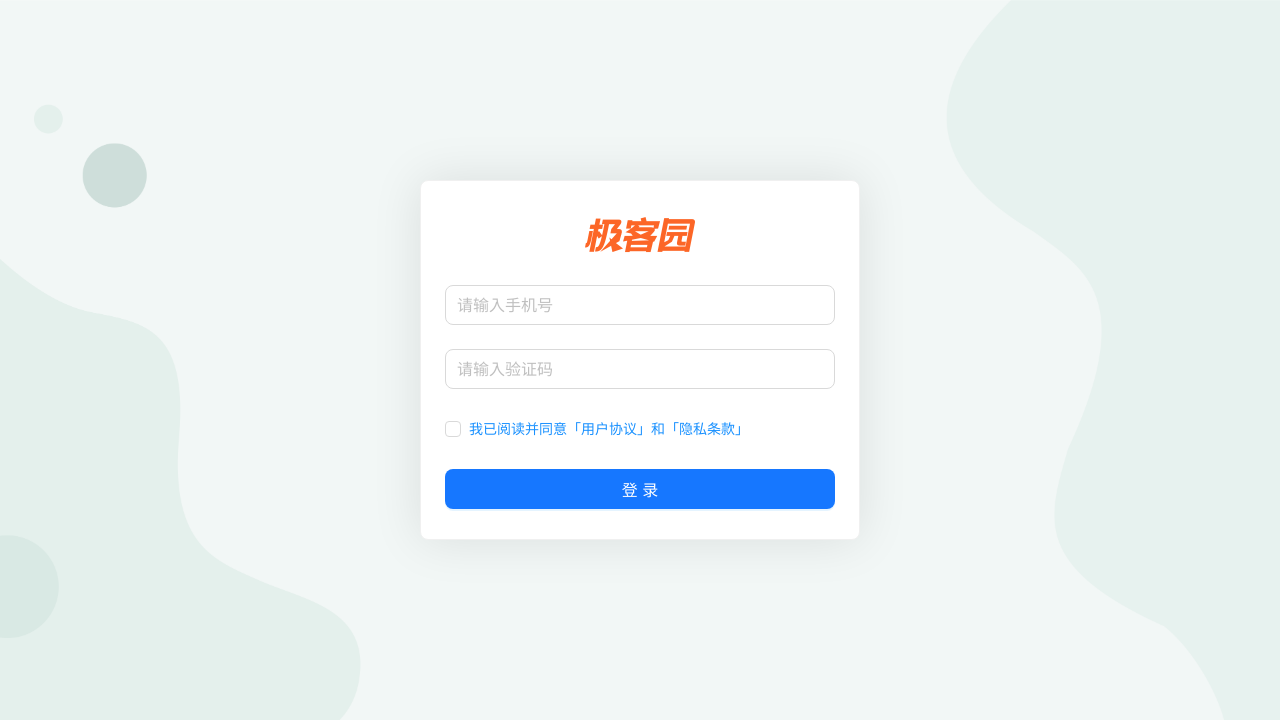
Repository: meizizi66/jike
Page: /login
The author's editor kept a copy of each file at every save. The page is drawn from the files as they stood at one save, then again after the next save.
The browser window is 1280 px wide. The pictures show the whole page.
The project was rebuilt for these pictures with package versions that can differ from the ones it lists, and the page was loaded fresh each time. Also part of the build but not shown: craco.config.js. Imported but missing from the stored project, and not drawn on this page: src/pages/Layout.

Above is the page before, as saved 2024-03-10 17:20:01.

### src/index.js
import React from 'react';
import ReactDOM from 'react-dom/client';
import { RouterProvider } from 'react-router-dom';
import router from './router';

const root = ReactDOM.createRoot(document.getElementById('root'));
root.render(
  <RouterProvider router={router} />
);

### src/router/index.js
import { createBrowserRouter } from "react-router-dom";
import Layout from "@/pages/Layout";
import Login from "@/pages/Login";

const router = createBrowserRouter([
    {
        path: "/",
        element: <Layout />
    },
    {
        path: "/login",
        element: <Login />
    }
])
export default router

### src/pages/Login/index.js
import { Card, Form, Input, Button, Checkbox } from 'antd'
import logo from '@/assets/logo.png'
import './index.scss'

const Login = () => {
    return (
        <div className="login">
            <Card className="login-container">
                <img className="login-logo" src={logo} alt="" />
                {/* 登录表单 */}
                <Form>
                    <Form.Item>
                        <Input size="large" placeholder="请输入手机号" />
                    </Form.Item>
                    <Form.Item>
                        <Input size="large" placeholder="请输入验证码" />
                    </Form.Item>
                    <Form.Item>
                        <Checkbox className="login-checkbox-label">
                            我已阅读并同意「用户协议」和「隐私条款」
                        </Checkbox>
                    </Form.Item>
                    <Form.Item>
                        <Button type="primary" htmlType="submit" size="large" block>
                            登录
                        </Button>
                    </Form.Item>
                </Form>
            </Card>
        </div>
    )
}

export default Login

### src/pages/Login/index.scss
.login {
    width: 100%;
    height: 100%;
    position: absolute;
    left: 0;
    top: 0;
    background: center/cover url('~@/assets/login.png');

    .login-logo {
        width: 200px;
        height: 60px;
        display: block;
        margin: 0 auto 20px;
    }

    .login-container {
        width: 440px;
        height: 360px;
        position: absolute;
        left: 50%;
        top: 50%;
        transform: translate(-50%, -50%);
        box-shadow: 0 0 50px rgb(0 0 0 / 10%);
    }

    .login-checkbox-label {
        color: #1890ff;
    }
}

Loaded but not shown: public/index.html (common file)

After the next save:
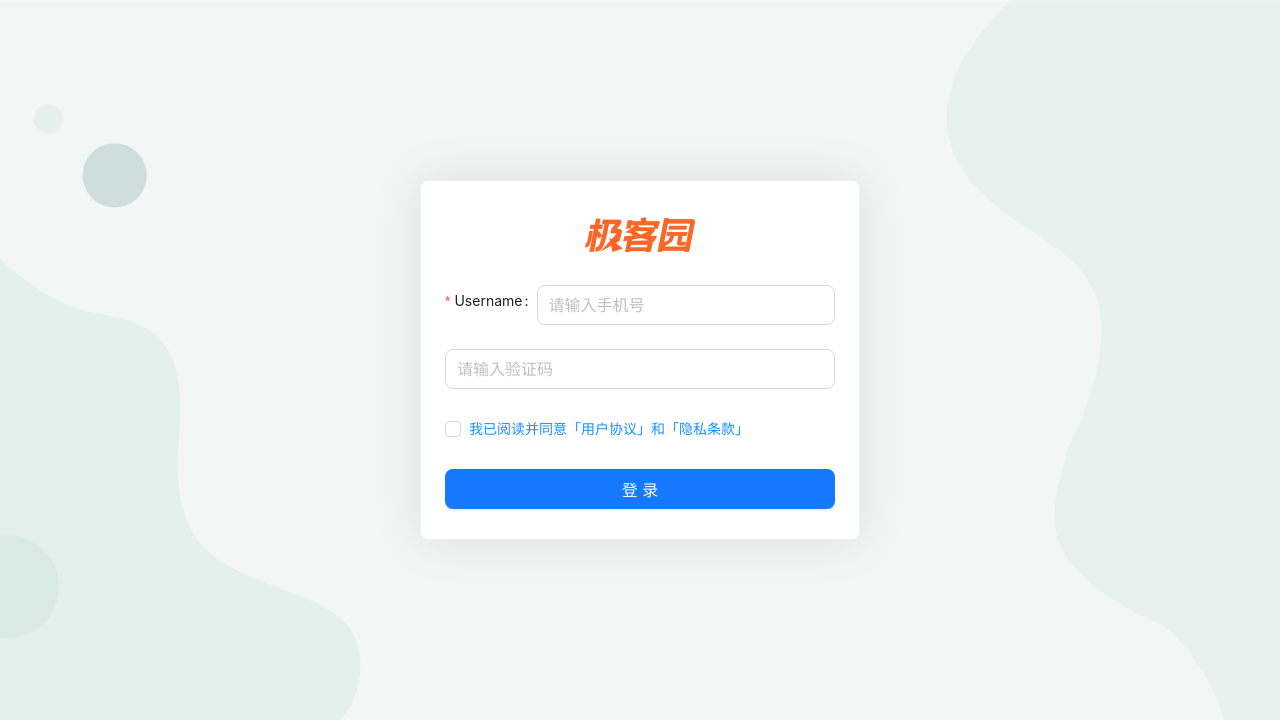
Saved 10 min 20 s later.
--- a/src/pages/Login/index.js
+++ b/src/pages/Login/index.js
@@ -9,7 +9,16 @@ const Login = () => {
                 <img className="login-logo" src={logo} alt="" />
                 {/* 登录表单 */}
                 <Form>
-                    <Form.Item>
+                    <Form.Item
+                        label="Username"
+                        name="username"
+                        rules={[
+                            {
+                                required: true,
+                                message: '请输入手机号',
+                            },
+                        ]}
+                    >
                         <Input size="large" placeholder="请输入手机号" />
                     </Form.Item>
                     <Form.Item>
